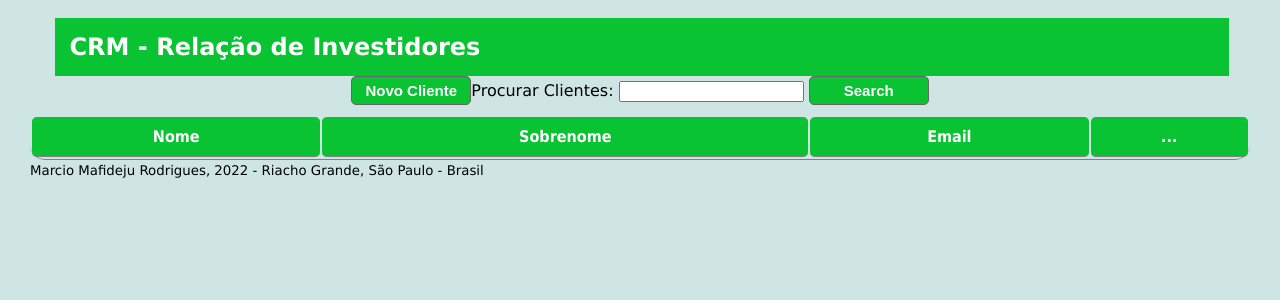
Repository: mafideju/CustomerTracker
Page: http://localhost/web-customer-tracker/WEB-INF/view/list-customers.jsp
The author's editor kept a copy of each file at every save. The page is drawn from the files as they stood at one save, then again after the next save.
The browser window is 1280 px wide. The pictures show the whole page.
The page is served by Tomcat 9. Nobody is signed in. The template is opened directly, without the code that normally fills it, so the values that code supplies are empty.

Above is the page before, as saved 2022-01-27 16:15:47.

After the next save:
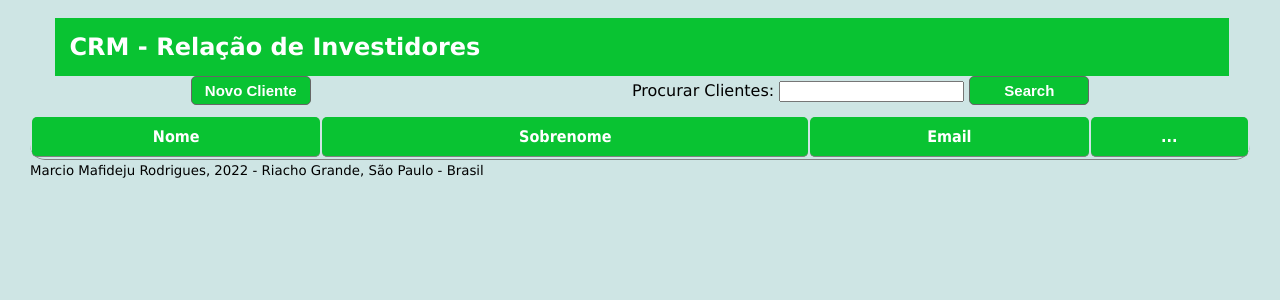
Saved 115 s later.
--- a/web-customer-tracker/WebContent/resources/css/style.css
+++ b/web-customer-tracker/WebContent/resources/css/style.css
@@ -42,7 +42,7 @@ tr:nth-child(odd) {background: #BBBBBB;}
 
 .search-bar {
 	display: flex;
-	justify-content: center;
+	justify-content: space-around;
 }
 
 #wrapper {
